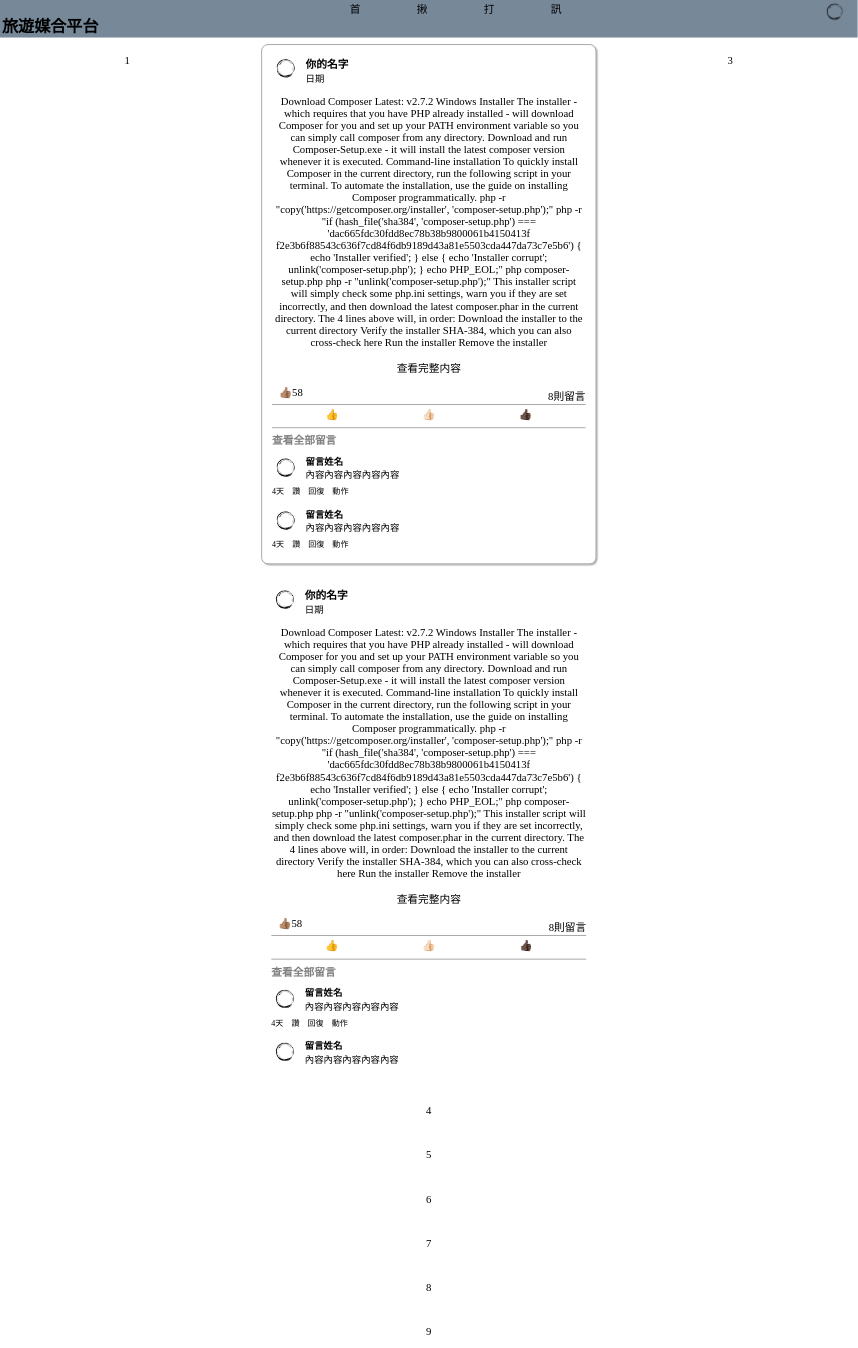
Repository: yuchiyang123/index_view
Page: http://localhost/
These files come from the project's save history. The page is drawn as it stood at one moment and after a run of saves; the edit follows.
The browser window is 1280 px wide. The pictures show the whole page, at 67% of full size.
The page is run by PHP 8.4 with error messages shown; the project is at /var/www/html/.

Above is the page before, as saved 2024-03-27 17:15:44.

After the next 2 saves:
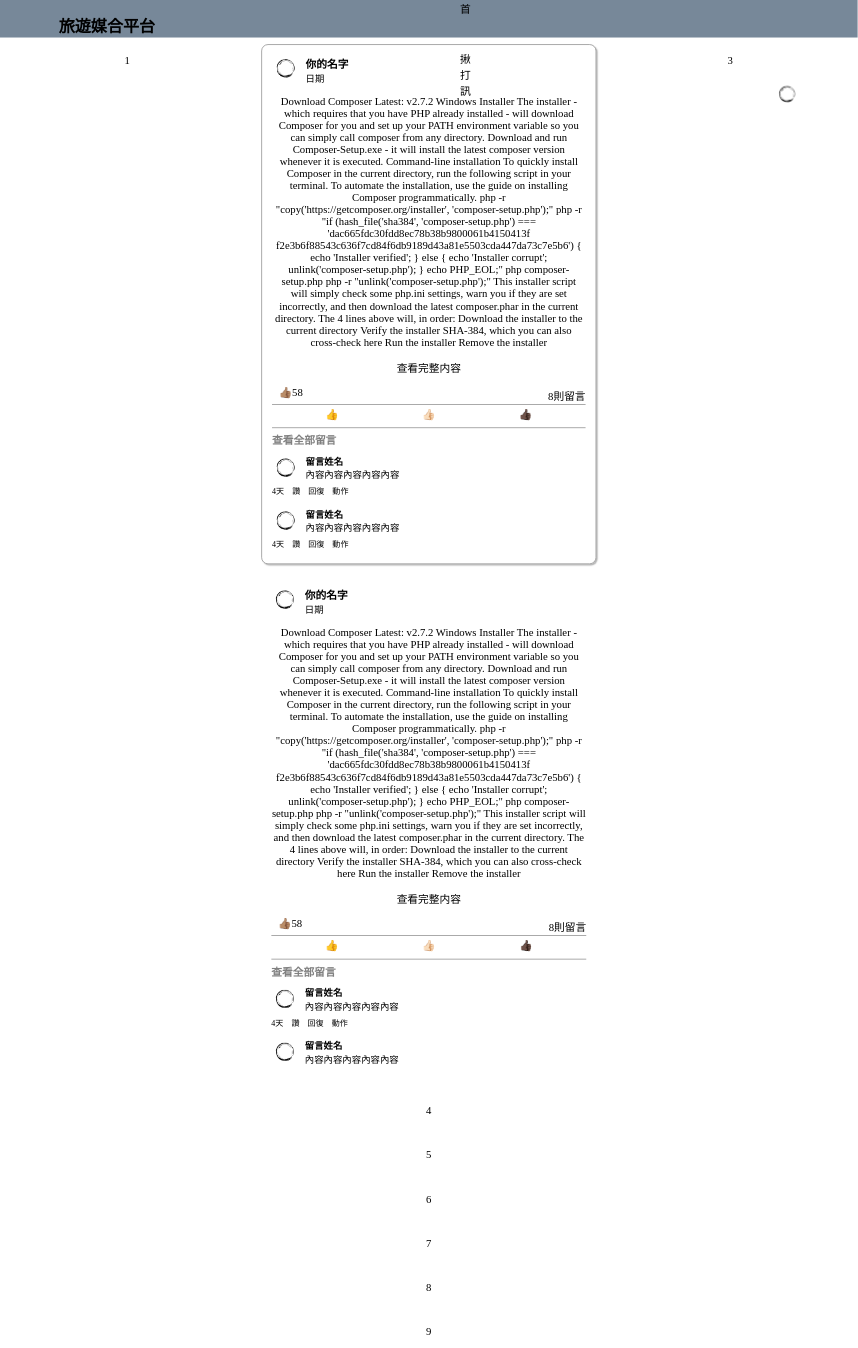
The 2 saves are shown as one change because they came seconds apart.
The last was saved 111 s later.
--- a/header.php
+++ b/header.php
@@ -22,11 +22,14 @@
 }
 .headerdiv{
     display: grid;
-    grid-template-columns: 150px auto repeat(4, 100px) auto 70px;
+    grid-template-columns: repeat(2, auto) repeat(4, 100px) repeat(2, auto);
     grid-template-rows: auto;
     text-align:center;
 }
-
+.headerdiv > div:nth-child(n+3):nth-child(-n+6) {
+    grid-column-start: 3; /* 将第一个100px元素的起始列设置为3 */
+    grid-column-end: 7;   /* 将最后一个100px元素的结束列设置为7 */
+}
 </style>
 <header class="header">
     <div class="headerdiv">

After the save that followed:
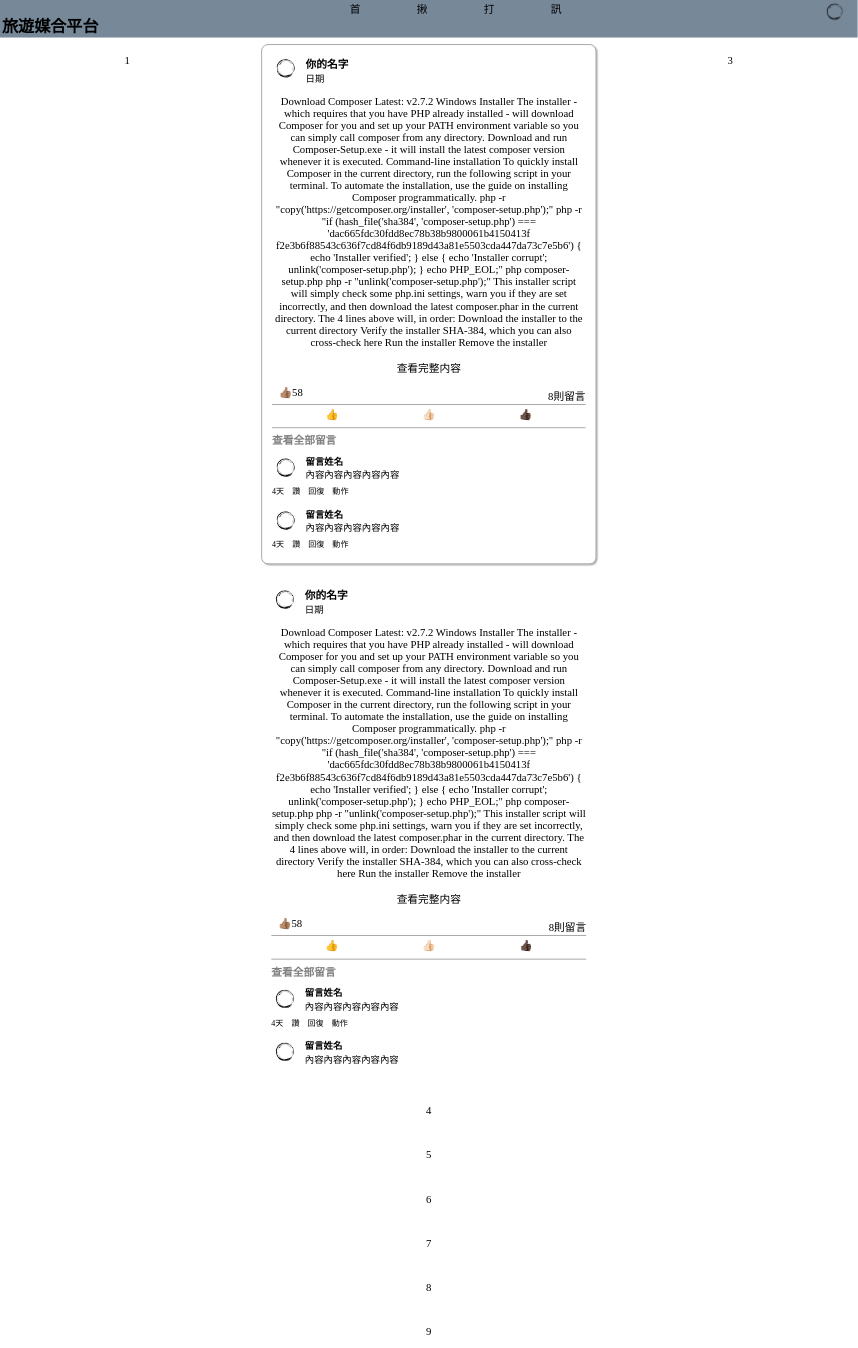
Saved 12 s later.
--- a/header.php
+++ b/header.php
@@ -22,14 +22,11 @@
 }
 .headerdiv{
     display: grid;
-    grid-template-columns: repeat(2, auto) repeat(4, 100px) repeat(2, auto);
+    grid-template-columns: 150px auto repeat(4, 100px) auto 70px;
     grid-template-rows: auto;
     text-align:center;
 }
-.headerdiv > div:nth-child(n+3):nth-child(-n+6) {
-    grid-column-start: 3; /* 将第一个100px元素的起始列设置为3 */
-    grid-column-end: 7;   /* 将最后一个100px元素的结束列设置为7 */
-}
+
 </style>
 <header class="header">
     <div class="headerdiv">
